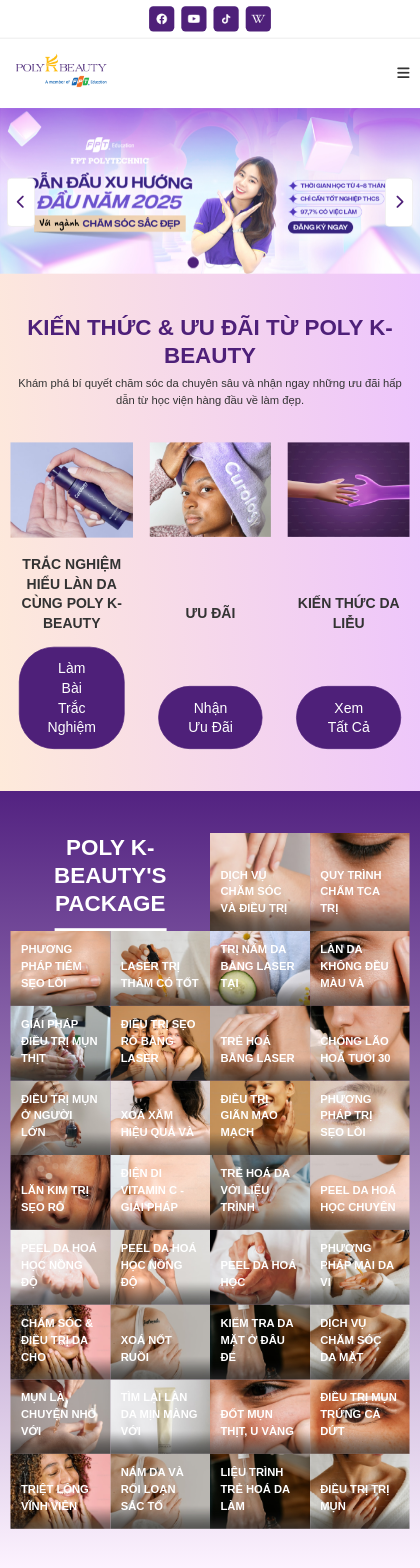
Repository: dinhtri123/k_beauty
Page: index.html
These files come from the project's save history. The page is drawn as it stood at one moment and after the next save; the edit follows.
The browser window is 600 px wide. The pictures show the part of the page from y = 0 to 2240 px (the page is 4453 px tall before and 4427 px after), at 70% of full size.
Some web fonts or font styles are not loaded; a fallback is used.

Above is the page before, as saved 2024-12-24 20:03:53.

After the next save:
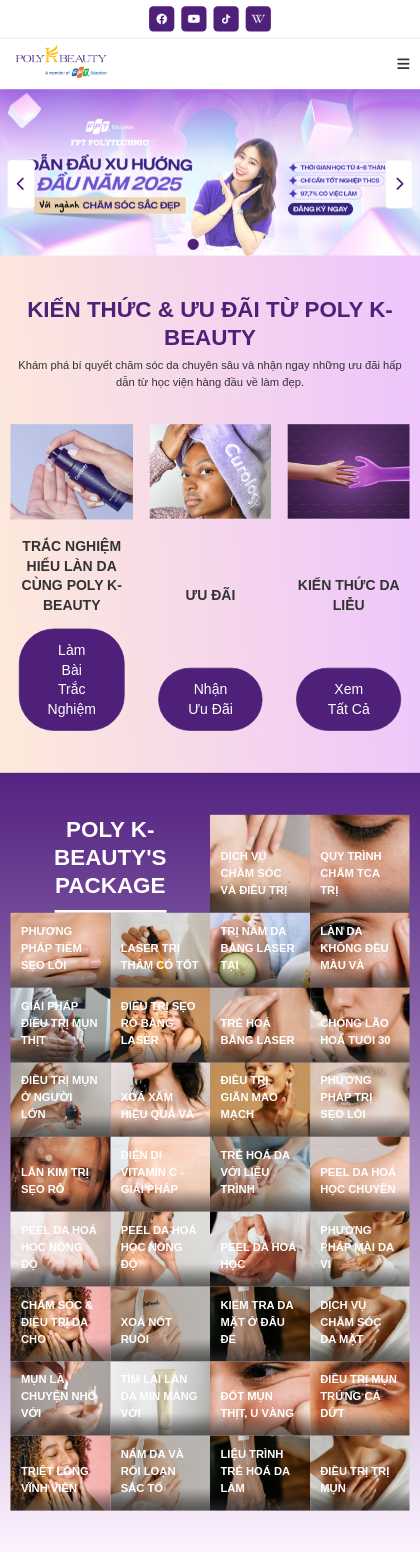
Saved 5 min 32 s later.
--- a/css/style.css
+++ b/css/style.css
@@ -566,4 +566,8 @@
   .footer-wrapper > div {
     padding: 0;
   }
-}
+  .header-main {
+    padding-top: 5px;
+    padding-bottom: 5px;
+  }
+}
